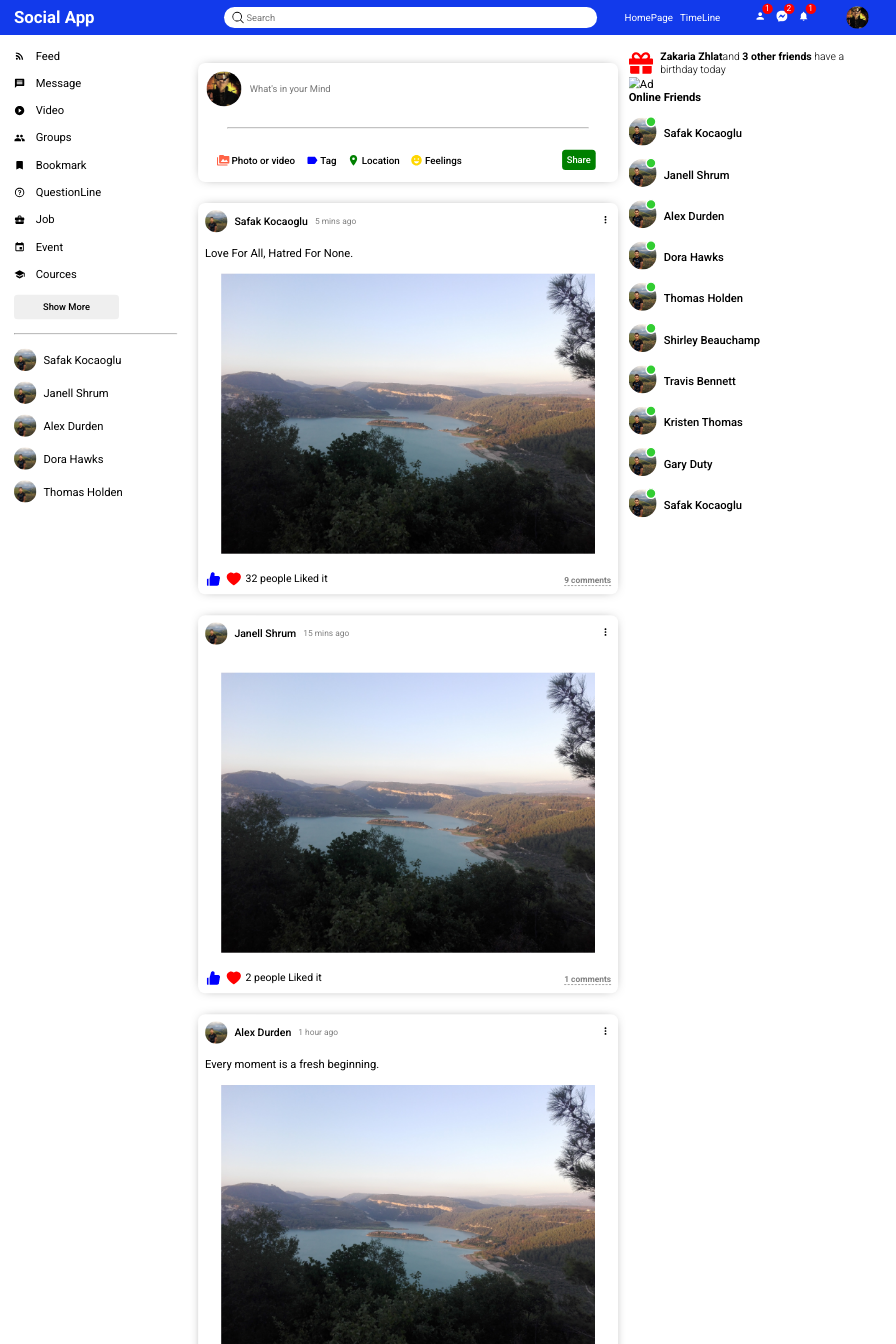
Repository: ZakariaZhlat125/Social-App
Page: /
An editor plug-in stored every save of this project. The page is shown before and after the next save, followed by the edit.
The browser window is 1280 px wide. The pictures show the part of the page from y = 0 to 1920 px (the page is 6066 px tall before and 720 px after), at 70% of full size.
The project was rebuilt for these pictures with package versions that can differ from the ones it lists, and the page was loaded fresh each time. Also part of the build but not shown: vite.config.js, src/pages/profile/Profile.css.

Above is the page before, as saved 2023-01-12 01:00:11.

After the next save:
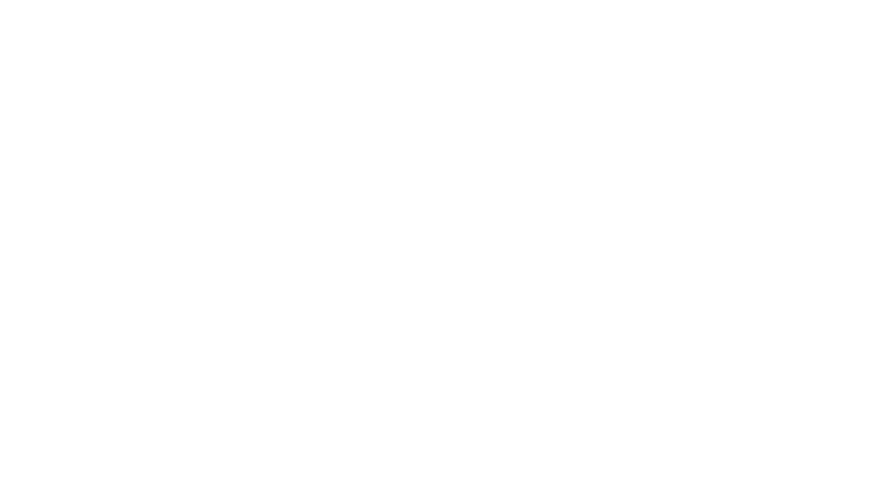
Saved 28 s later.
--- a/src/App.jsx
+++ b/src/App.jsx
@@ -1,11 +1,12 @@
 import Home from "./pages/home/home"
+import Profile from "./pages/profile/Profile"
 
 function App() {
 
 
   return (
    <div>
-    <Home />
+    <Profile />
    </div>
   )}
 

After the 2 saves that followed:
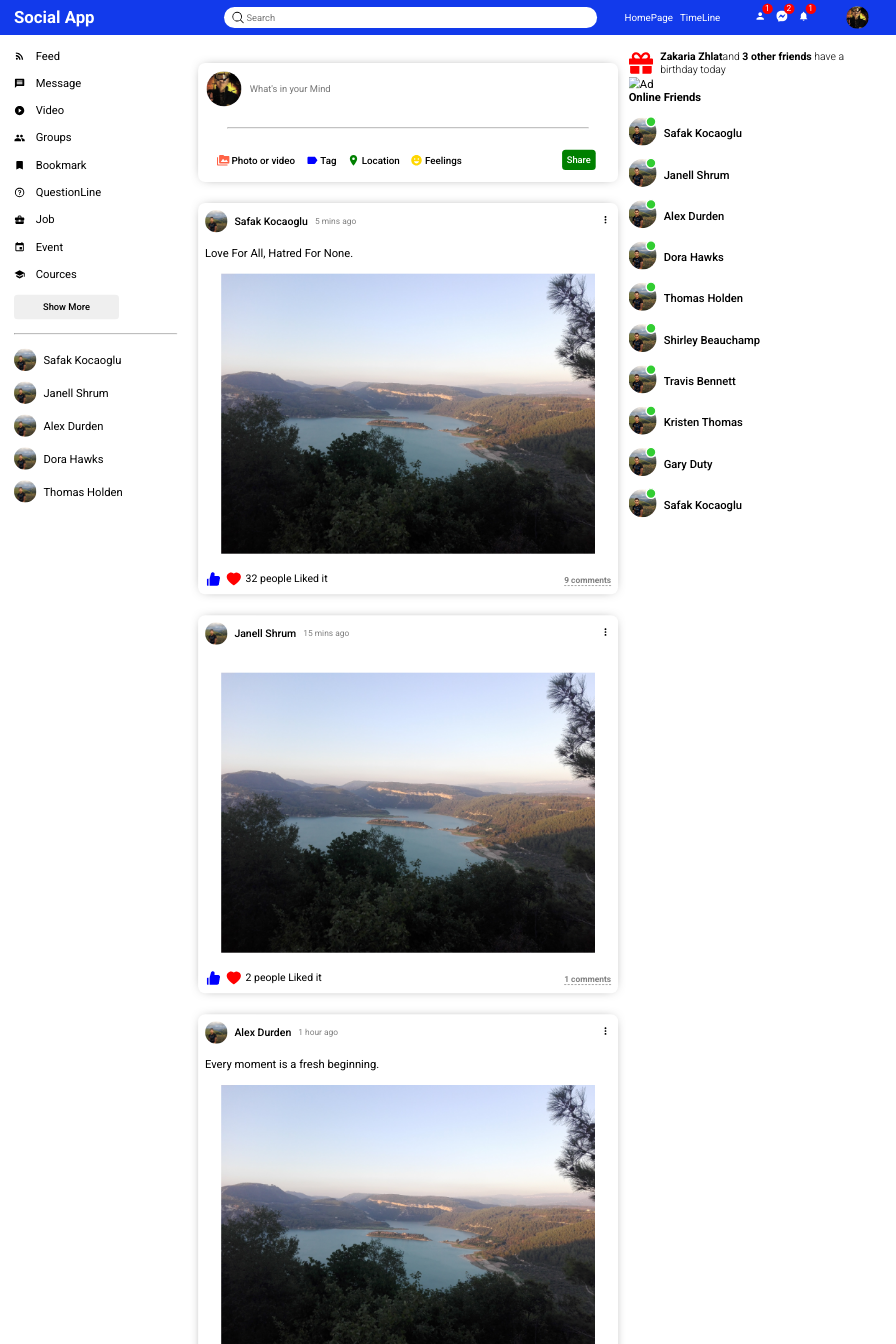
The 2 saves are shown as one change because 1 left the picture as it was.
The last was saved 105 s later.
--- a/src/pages/profile/Profile.jsx
+++ b/src/pages/profile/Profile.jsx
@@ -1,10 +1,19 @@
+import Feed from "../../components/feed/Feed";
+import Header from "../../components/header/Header";
+import Rightbar from "../../components/rightbar/Rightbar";
+import Sidebar from "../../components/sidebar/Sidebar";
 
 import './Profile.css'
 
 export default function Profile() {
   return (
-    <div>
-
+    <>
+    <Header />
+    <div className="homeContainer">
+      <Sidebar />
+      <Feed />
+      <Rightbar />
     </div>
+  </>
   )
 }
